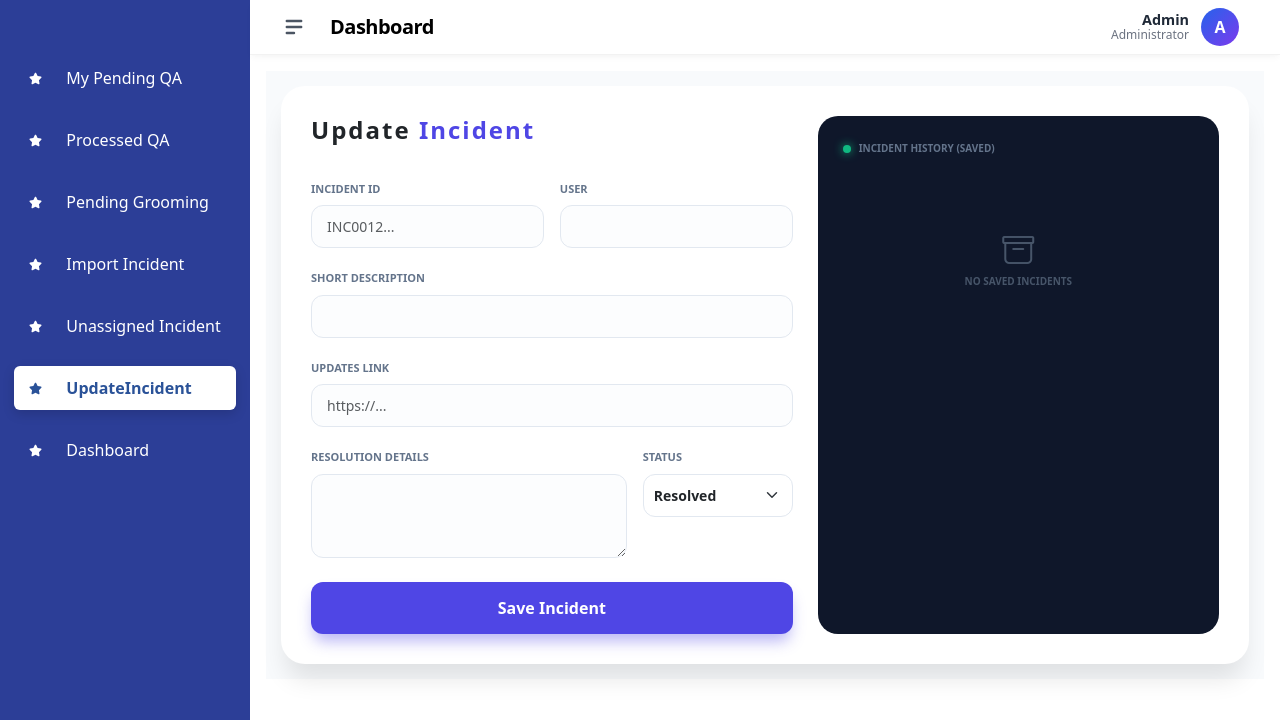
Repository: ArunGOW/ServiceNow_QA-audit
Page: /dashboard/UpdateIncident
The author's editor kept a copy of each file at every save. The page is drawn from the files as they stood at one save, then again after the next save.
The browser window is 1280 px wide. The pictures show the whole page.
The project was rebuilt for these pictures with package versions that can differ from the ones it lists, and the page was loaded fresh each time. Some packages were replaced by stand-ins written for this rebuild. Also part of the build but not shown: vite.config.js, src/components/Login.jsx, src/utils/logger.jsx, src/hooks/usePendingIncidents.jsx, src/components/tables/PendingQATable.jsx, src/components/PaginationControls.css, src/components/PaginationControls.jsx, src/pages/PendingQAPage.jsx and 15 more.

Above is the page before, as saved 2026-01-23 04:46:29.

After the next save:
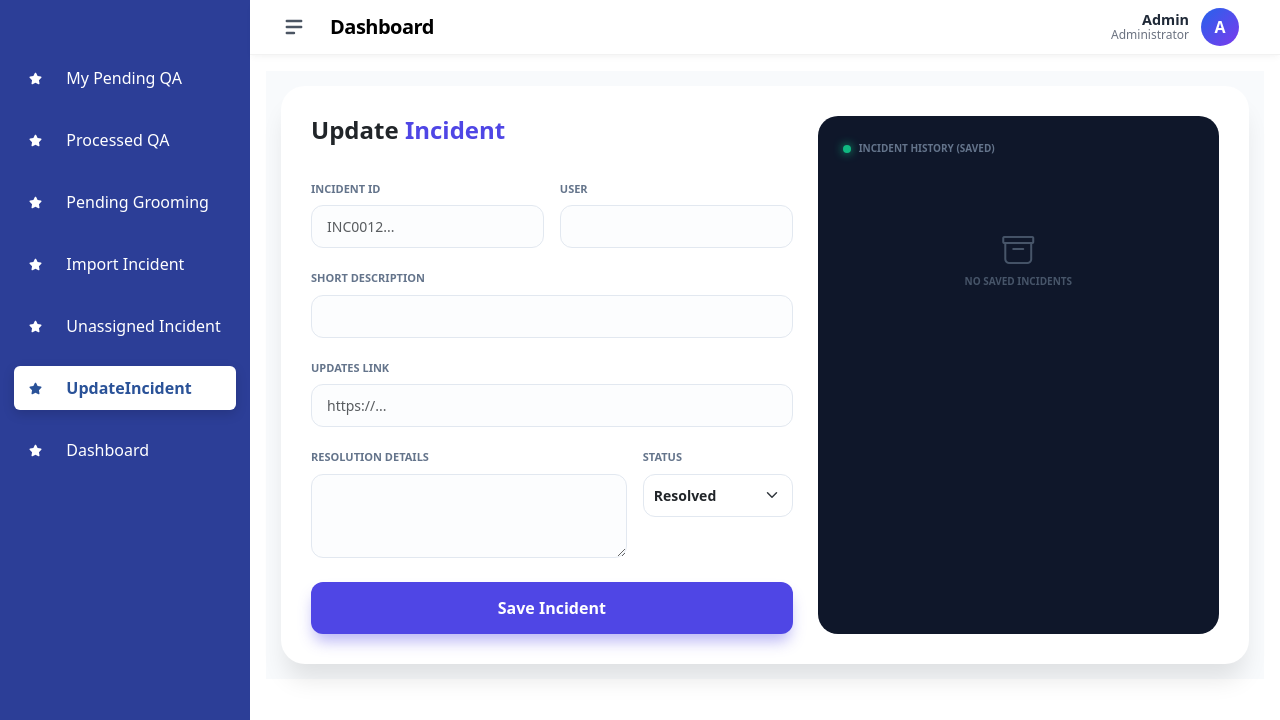
Saved 5 s later.
--- a/src/pages/UpdateIncident.jsx
+++ b/src/pages/UpdateIncident.jsx
@@ -348,7 +348,7 @@ const UpdateIncident = () => {
 const styles = {
   pageWrapper: { backgroundColor: '#f8fafc', height: '100%', display: 'flex', alignItems: 'center', justifyContent: 'center', padding: '15px' },
   mainGrid: { display: 'grid', gridTemplateColumns: '1.2fr 1fr', gap: '25px', width: '100%', maxWidth: '1200px', backgroundColor: '#fff', borderRadius: '24px', padding: '30px', boxShadow: '0 20px 25px -5px rgba(0,0,0,0.1)' },
-  sectionTitle: { fontWeight: '900', marginBottom: '30px', letterSpacing: '2px' },
+  sectionTitle: { fontWeight: '900', marginBottom: '30px', letterSpacing: 'px' },
   label: { fontSize: '11px', fontWeight: '800', color: '#64748b', textTransform: 'uppercase', marginBottom: '8px' },
   input: { borderRadius: '12px', padding: '10px 15px', border: '1px solid #e2e8f0', fontSize: '14px', backgroundColor: '#fcfdfe' },
   textarea: { borderRadius: '12px', padding: '12px', border: '1px solid #e2e8f0', fontSize: '13px', backgroundColor: '#fcfdfe' },
